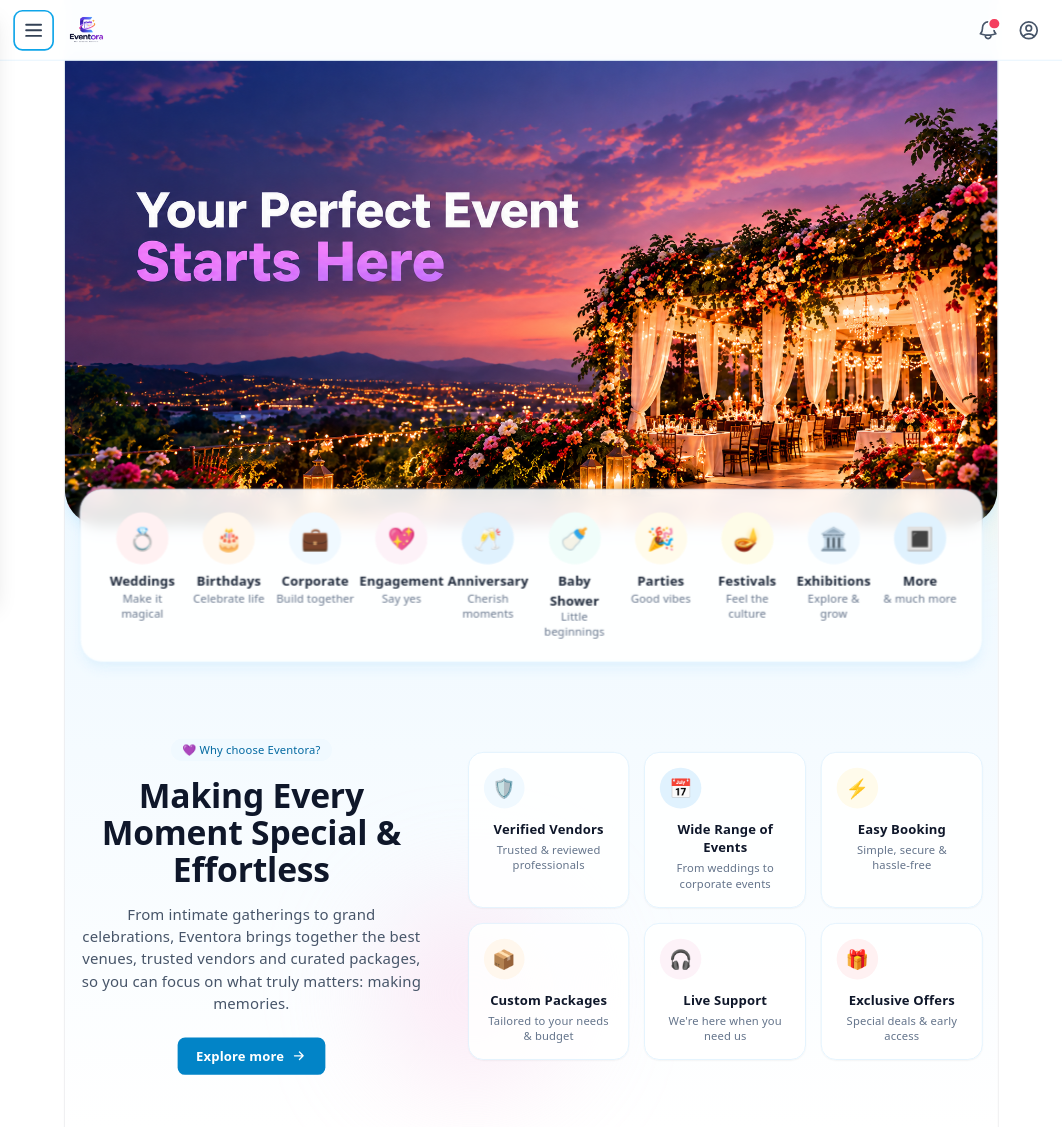
Repository: piyush-2416/Events_Handler
Page: / (app in frontend/)
These files come from the project's save history. The page is drawn as it stood at one moment and after the next save; the edit follows.
The browser window is 1280 px wide. The pictures show the whole page, at 83% of full size.
Some web libraries are served in a nearby version. The project was rebuilt for these pictures with package versions that can differ from the ones it lists, and the page was loaded fresh each time. Also part of the build but not shown: frontend/vite.config.js.

Above is the page before, as saved 2026-10-06 23:27:09.

### frontend/index.html
<!doctype html>
<html lang="en">
  <head>
    <meta charset="UTF-8" />
    <link rel="icon" type="image/svg+xml" href="/favicon.svg" />
    <meta name="viewport" content="width=device-width, initial-scale=1.0" />
    <title>Event_Handler</title>
  </head>
  <body>
    <div id="root"></div>
        <script src="https://cdn.tailwindcss.com"></script>

    <script type="module" src="/src/main.jsx"></script>
  </body>
</html>

### frontend/src/index.css
:root {
  --text: #6b6375;
  --text-h: #08060d;
  --bg: #fff;
  --border: #e5e4e7;
  --code-bg: #f4f3ec;
  --accent: #aa3bff;
  --accent-bg: rgba(170, 59, 255, 0.1);
  --accent-border: rgba(170, 59, 255, 0.5);
  --social-bg: rgba(244, 243, 236, 0.5);
  --shadow:
    rgba(0, 0, 0, 0.1) 0 10px 15px -3px, rgba(0, 0, 0, 0.05) 0 4px 6px -2px;

  --sans: system-ui, 'Segoe UI', Roboto, sans-serif;
  --heading: system-ui, 'Segoe UI', Roboto, sans-serif;
  --mono: ui-monospace, Consolas, monospace;

  font: 18px/145% var(--sans);
  letter-spacing: 0.18px;
  color-scheme: light dark;
  color: var(--text);
  background: var(--bg);
  font-synthesis: none;
  text-rendering: optimizeLegibility;
  -webkit-font-smoothing: antialiased;
  -moz-osx-font-smoothing: grayscale;

  @media (max-width: 1024px) {
    font-size: 16px;
  }
}

@media (prefers-color-scheme: dark) {
  :root {
    --text: #9ca3af;
    --text-h: #f3f4f6;
    --bg: #16171d;
    --border: #2e303a;
    --code-bg: #1f2028;
    --accent: #c084fc;
    --accent-bg: rgba(192, 132, 252, 0.15);
    --accent-border: rgba(192, 132, 252, 0.5);
    --social-bg: rgba(47, 48, 58, 0.5);
    --shadow:
      rgba(0, 0, 0, 0.4) 0 10px 15px -3px, rgba(0, 0, 0, 0.25) 0 4px 6px -2px;
  }

  #social .button-icon {
    filter: invert(1) brightness(2);
  }
}

body {
  margin: 0;
}

#root {
  width: 1126px;
  max-width: 100%;
  margin: 0 auto;
  text-align: center;
  border-inline: 1px solid var(--border);
  min-height: 100svh;
  display: flex;
  flex-direction: column;
  box-sizing: border-box;
}

h1,
h2 {
  font-family: var(--heading);
  font-weight: 500;
  color: var(--text-h);
}

h1 {
  font-size: 56px;
  letter-spacing: -1.68px;
  margin: 32px 0;
  @media (max-width: 1024px) {
    font-size: 36px;
    margin: 20px 0;
  }
}
h2 {
  font-size: 24px;
  line-height: 118%;
  letter-spacing: -0.24px;
  margin: 0 0 8px;
  @media (max-width: 1024px) {
    font-size: 20px;
  }
}
p {
  margin: 0;
}

code,
.counter {
  font-family: var(--mono);
  display: inline-flex;
  border-radius: 4px;
  color: var(--text-h);
}

code {
  font-size: 15px;
  line-height: 135%;
  padding: 4px 8px;
  background: var(--code-bg);
}

### frontend/src/App.jsx
import { useEffect, useRef, useState } from "react";

const links = [
  { label: "Home", href: "#home" },
  { label: "Products", href: "#products" },
  { label: "Services", href: "#services" },
  { label: "About", href: "#about" },
  { label: "Contact", href: "#contact" },
];

const categories = [
  { name: "Weddings", sub: "Make it magical", icon: "💍", bg: "bg-rose-50" },
  { name: "Birthdays", sub: "Celebrate life", icon: "🎂", bg: "bg-orange-50" },
  { name: "Corporate", sub: "Build together", icon: "💼", bg: "bg-sky-50" },
  { name: "Engagement", sub: "Say yes", icon: "💖", bg: "bg-pink-50" },
  { name: "Anniversary", sub: "Cherish moments", icon: "🥂", bg: "bg-sky-100" },
  { name: "Baby Shower", sub: "Little beginnings", icon: "🍼", bg: "bg-teal-50" },
  { name: "Parties", sub: "Good vibes", icon: "🎉", bg: "bg-amber-50" },
  { name: "Festivals", sub: "Feel the culture", icon: "🪔", bg: "bg-yellow-50" },
  { name: "Exhibitions", sub: "Explore & grow", icon: "🏛️", bg: "bg-sky-50" },
  { name: "More", sub: "& much more", icon: "🔳", bg: "bg-sky-100" },
];

const features = [
  { title: "Verified Vendors", text: "Trusted & reviewed professionals", icon: "🛡️", bg: "bg-sky-50" },
  { title: "Wide Range of Events", text: "From weddings to corporate events", icon: "📅", bg: "bg-sky-100" },
  { title: "Easy Booking", text: "Simple, secure & hassle-free", icon: "⚡", bg: "bg-amber-50" },
  { title: "Custom Packages", text: "Tailored to your needs & budget", icon: "📦", bg: "bg-orange-50" },
  { title: "Live Support", text: "We're here when you need us", icon: "🎧", bg: "bg-pink-50" },
  { title: "Exclusive Offers", text: "Special deals & early access", icon: "🎁", bg: "bg-rose-50" },
];

/* ---------- HERO ---------- */
function Hero() {
  return (
    <section className="relative">
      <img
        src="/Project_main_Image.png"
        alt="Your Perfect Event Starts Here"
        className="block shadow-lg shadow-sky-200/60 rounded-b-3xl sm:rounded-b-[2.5rem] w-full h-50 object-cover"
        fetchpriority="high"
      />
    </section>
  );
}

/* ---------- EVENT CATEGORIES ---------- */
function EventCategories() {
  return (
    <section className="z-10 relative -mt-5 sm:-mt-10 px-4 pb-6">
      <div className="bg-white/90 shadow-lg shadow-sky-100 backdrop-blur mx-auto p-4 sm:p-6 border border-sky-100 rounded-3xl max-w-6xl">
        {/* Mobile: side scroll | Tablet: 5 columns | Desktop: 10 columns */}
        <ul className="flex gap-4 sm:gap-x-2 sm:gap-y-6 sm:grid sm:grid-cols-5 lg:grid-cols-10 pb-2 sm:pb-0 sm:overflow-visible overflow-x-auto snap-x">
          {categories.map((c) => (
            <li key={c.name} className="snap-start shrink-0 sm:shrink">
              <a
                href={`#${c.name.toLowerCase().replace(/\s+/g, "-")}`}
                className="group flex flex-col items-center focus:outline-none w-24 sm:w-auto text-center"
              >
                <span
                  className={`flex h-14 w-14 items-center justify-center rounded-full text-2xl transition group-hover:scale-105 group-focus-visible:ring-2 group-focus-visible:ring-sky-500 ${c.bg}`}
                >
                  {c.icon}
                </span>
                <span className="mt-2 font-semibold text-slate-800 text-sm">{c.name}</span>
                <span className="text-slate-500 text-xs">{c.sub}</span>
              </a>
            </li>
          ))}
        </ul>
      </div>
    </section>
  );
}

/* ---------- WHY CHOOSE US ---------- */
function WhyChoose() {
  return (
    <section className="px-4 py-10 sm:py-14">
      <div className="items-center gap-8 lg:gap-12 grid lg:grid-cols-[2fr_3fr] mx-auto max-w-6xl">
        <div>
          <p className="inline-flex items-center gap-1.5 bg-sky-50 px-3 py-1 rounded-full font-medium text-sky-700 text-xs">
            💜 Why choose Eventora?
          </p>
          <h2 className="mt-4 font-bold text-slate-900 text-3xl sm:text-4xl leading-tight">
            Making Every Moment Special &amp; Effortless
          </h2>
          <p className="mt-4 text-slate-600 text-sm sm:text-base leading-relaxed">
            From intimate gatherings to grand celebrations, Eventora brings together the best venues,
            trusted vendors and curated packages, so you can focus on what truly matters: making memories.
          </p>
          <a
            href="#events"
            className="inline-flex items-center gap-2 bg-sky-600 hover:bg-sky-700 mt-6 px-5 py-2.5 rounded-lg focus:outline-none focus-visible:ring-2 focus-visible:ring-sky-500 focus-visible:ring-offset-2 font-semibold text-white text-sm"
          >
            Explore more
            <svg className="w-4 h-4" fill="none" stroke="currentColor" strokeWidth="2" viewBox="0 0 24 24">
              <path strokeLinecap="round" strokeLinejoin="round" d="M5 12h14m-6-6 6 6-6 6" />
            </svg>
          </a>
        </div>

        <div className="gap-3 sm:gap-4 grid grid-cols-2 sm:grid-cols-3">
          {features.map((f) => (
            <div
              key={f.title}
              className="bg-white/90 shadow-sm hover:shadow-lg hover:shadow-sky-100 p-4 border border-sky-100 rounded-2xl transition hover:-translate-y-0.5"
            >
              <span className={`flex h-11 w-11 items-center justify-center rounded-full text-xl ${f.bg}`}>
                {f.icon}
              </span>
              <h3 className="mt-3 font-semibold text-slate-900 text-sm">{f.title}</h3>
              <p className="mt-1 text-slate-500 text-xs leading-snug">{f.text}</p>
            </div>
          ))}
        </div>
      </div>
    </section>
  );
}

export default function App() {
  const [open, setOpen] = useState(false);
  const sidebarRef = useRef(null);
  const toggleBtnRef = useRef(null);

  // Open hone par focus sidebar par, close hone par wapas button par
  useEffect(() => {
    if (open) {
      sidebarRef.current?.focus();
      document.body.style.overflow = "hidden"; // peeche ka scroll band
    } else {
      document.body.style.overflow = "";
      toggleBtnRef.current?.focus();
    }
    return () => {
      document.body.style.overflow = "";
    };
  }, [open]);

  // Esc dabane par close + Tab sidebar ke andar hi ghumega (focus trap)
  useEffect(() => {
    if (!open) return;
    const onKey = (e) => {
      if (e.key === "Escape") setOpen(false);
      if (e.key === "Tab" && sidebarRef.current) {
        const items = sidebarRef.current.querySelectorAll("a, button");
        if (!items.length) return;
        const first = items[0];
        const last = items[items.length - 1];
        if (e.shiftKey && document.activeElement === first) {
          e.preventDefault();
          last.focus();
        } else if (!e.shiftKey && document.activeElement === last) {
          e.preventDefault();
          first.focus();
        }
      }
    };
    document.addEventListener("keydown", onKey);
    return () => document.removeEventListener("keydown", onKey);
  }, [open]);

  return (
    <>
      {/* NAVBAR */}
      <header className="top-0 z-30 fixed inset-x-0 bg-white/90 backdrop-blur border-sky-100 border-b">
        <nav className="flex justify-between items-center mx-auto px-4 max-w-6xl h-16">
          <div className="flex items-center gap-3">
            <button
              ref={toggleBtnRef}
              onClick={() => setOpen(true)}
              aria-label="Open menu"
              aria-expanded={open}
              aria-controls="sidebar"
              className="hover:bg-sky-100 p-2 rounded-lg focus:outline-none focus-visible:ring-2 focus-visible:ring-sky-500 text-slate-700"
            >
              <svg className="w-6 h-6" fill="none" stroke="currentColor" strokeWidth="2" viewBox="0 0 24 24">
                <path strokeLinecap="round" d="M4 6h16M4 12h16M4 18h16" />
              </svg>
            </button>
            <a href="#home" className="flex items-center">
              <img
                src="/Even_handler_Logo.png"
                alt="Eventora logo"
                className="w-auto h-12 object-contain"
              />
            </a>
          </div>

          {/* Right side: notification bell + user icon */}
          <div className="flex items-center gap-1">
            <button
              aria-label="Notifications"
              className="relative hover:bg-sky-100 p-2 rounded-full focus:outline-none focus-visible:ring-2 focus-visible:ring-sky-500 text-slate-600"
            >
              <svg className="w-6 h-6" fill="none" stroke="currentColor" strokeWidth="1.8" viewBox="0 0 24 24">
                <path
                  strokeLinecap="round"
                  strokeLinejoin="round"
                  d="M14.857 17.082a23.848 23.848 0 0 0 5.454-1.31A8.967 8.967 0 0 1 18 9.75V9A6 6 0 0 0 6 9v.75a8.967 8.967 0 0 1-2.312 6.022c1.733.64 3.56 1.085 5.455 1.31m5.714 0a24.255 24.255 0 0 1-5.714 0m5.714 0a3 3 0 1 1-5.714 0"
                />
              </svg>
              {/* Unread dot: hatana ho to is span ko delete kar dein */}
              <span className="top-2 right-2 absolute bg-rose-500 rounded-full ring-2 ring-white w-2.5 h-2.5" />
            </button>

            <button
              aria-label="User profile"
              className="hover:bg-sky-100 p-2 rounded-full focus:outline-none focus-visible:ring-2 focus-visible:ring-sky-500 text-slate-600"
            >
              <svg className="w-6 h-6" fill="none" stroke="currentColor" strokeWidth="1.8" viewBox="0 0 24 24">
                <path
                  strokeLinecap="round"
                  strokeLinejoin="round"
                  d="M17.982 18.725A7.488 7.488 0 0 0 12 15.75a7.488 7.488 0 0 0-5.982 2.975m11.963 0a9 9 0 1 0-11.963 0m11.963 0A8.966 8.966 0 0 1 12 21a8.966 8.966 0 0 1-5.982-2.275M15 9.75a3 3 0 1 1-6 0 3 3 0 0 1 6 0Z"
                />
              </svg>
            </button>
          </div>
        </nav>
      </header>

      {/* OVERLAY */}
      <div
        onClick={() => setOpen(false)}
        aria-hidden="true"
        className={`fixed inset-0 z-40 bg-slate-900/40 transition-opacity duration-300 ${
          open ? "opacity-100" : "pointer-events-none opacity-0"
        }`}
      />

      {/* SIDEBAR */}
      <aside
        id="sidebar"
        ref={sidebarRef}
        tabIndex={-1}
        role="dialog"
        aria-modal="true"
        aria-label="Sidebar menu"
        // inert: close hone par andar ke links tab se bhi focus nahi honge
        {...(!open && { inert: "" })}
        className={`fixed inset-y-0 left-0 z-50 flex w-72 max-w-[85%] flex-col bg-white shadow-xl outline-none transition-transform duration-300 ease-in-out ${
          open ? "translate-x-0" : "-translate-x-full"
        }`}
      >
        <div className="flex justify-between items-center px-4 border-slate-200 border-b h-16">
          <img
            src="/Even_handler_Logo.png"
            alt="Eventora logo"
            className="w-auto h-12 object-contain"
          />
          <button
            onClick={() => setOpen(false)}
            aria-label="Close menu"
            className="hover:bg-sky-100 p-2 rounded-lg focus:outline-none focus-visible:ring-2 focus-visible:ring-sky-500 text-slate-600"
          >
            <svg className="w-6 h-6" fill="none" stroke="currentColor" strokeWidth="2" viewBox="0 0 24 24">
              <path strokeLinecap="round" d="M6 6l12 12M18 6L6 18" />
            </svg>
          </button>
        </div>

        <ul className="flex-1 space-y-1 p-3 overflow-y-auto">
          {links.map((l) => (
            <li key={l.href}>
              <a
                href={l.href}
                onClick={() => setOpen(false)}
                className="block hover:bg-sky-50 focus:bg-sky-50 px-3 py-2.5 rounded-lg focus:outline-none font-medium text-slate-700 hover:text-sky-700 focus:text-sky-700 text-sm"
              >
                {l.label}
              </a>
            </li>
          ))}
        </ul>

        <div className="p-4 border-slate-200 border-t">
          <a
            href="#contact"
            onClick={() => setOpen(false)}
            className="block bg-sky-600 hover:bg-sky-700 py-2.5 rounded-lg font-semibold text-white text-sm text-center"
          >
            Get started
          </a>
        </div>
      </aside>

      {/* PAGE CONTENT */}
      <main className="relative bg-gradient-to-b from-sky-100 via-sky-50 to-white pt-16 min-h-screen overflow-hidden">
        {/* Soft party-style decorations (sirf design ke liye) */}
        <div aria-hidden="true" className="top-24 -left-16 absolute bg-cyan-200/50 blur-3xl rounded-full w-56 h-56 pointer-events-none" />
        <div aria-hidden="true" className="top-72 -right-16 absolute bg-amber-200/40 blur-3xl rounded-full w-64 h-64 pointer-events-none" />
        <div aria-hidden="true" className="bottom-10 left-1/3 absolute bg-pink-200/40 blur-3xl rounded-full w-52 h-52 pointer-events-none" />
        <Hero />
        <div className="relative">
          <EventCategories />
          <WhyChoose />
        </div>
      </main>
    </>
  );
}

Loaded but not shown: frontend/src/main.jsx (common file)

After the next save:
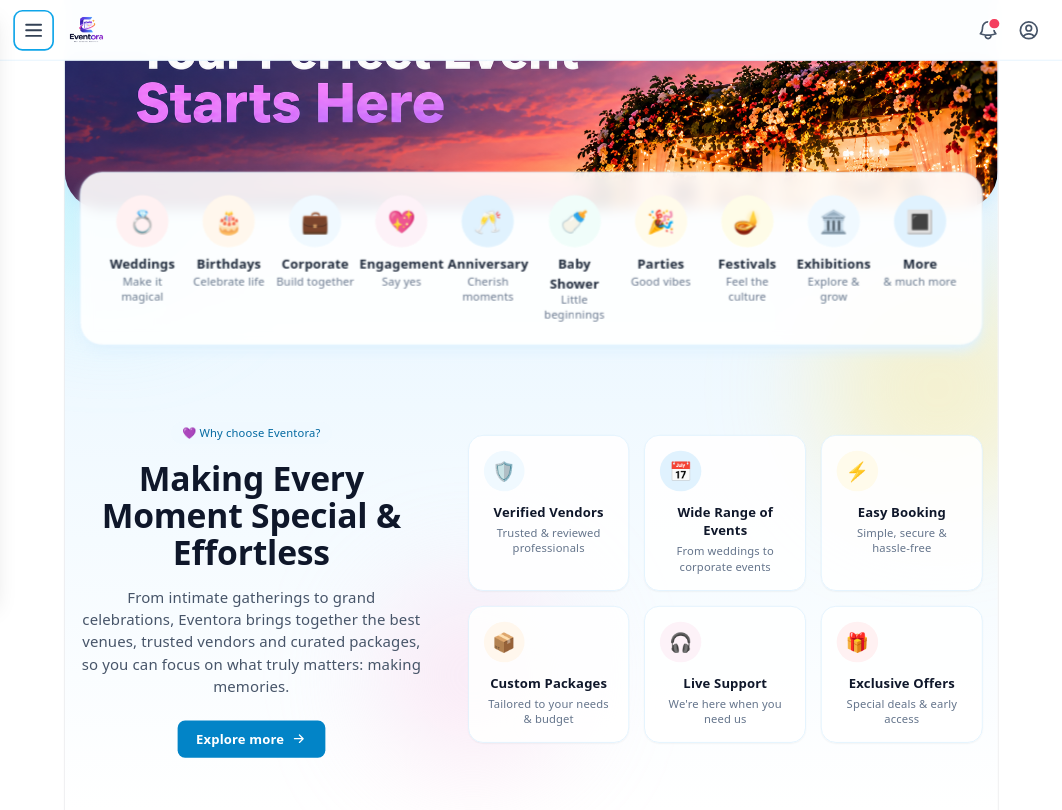
Saved 8 s later.
--- a/frontend/src/App.jsx
+++ b/frontend/src/App.jsx
@@ -37,7 +37,7 @@
       <img
         src="/Project_main_Image.png"
         alt="Your Perfect Event Starts Here"
-        className="block shadow-lg shadow-sky-200/60 rounded-b-3xl sm:rounded-b-[2.5rem] w-full h-50 object-cover"
+        className="block shadow-lg shadow-sky-200/60 rounded-b-3xl sm:rounded-b-[2.5rem] w-full h-40 object-cover"
         fetchpriority="high"
       />
     </section>

After the save that followed:
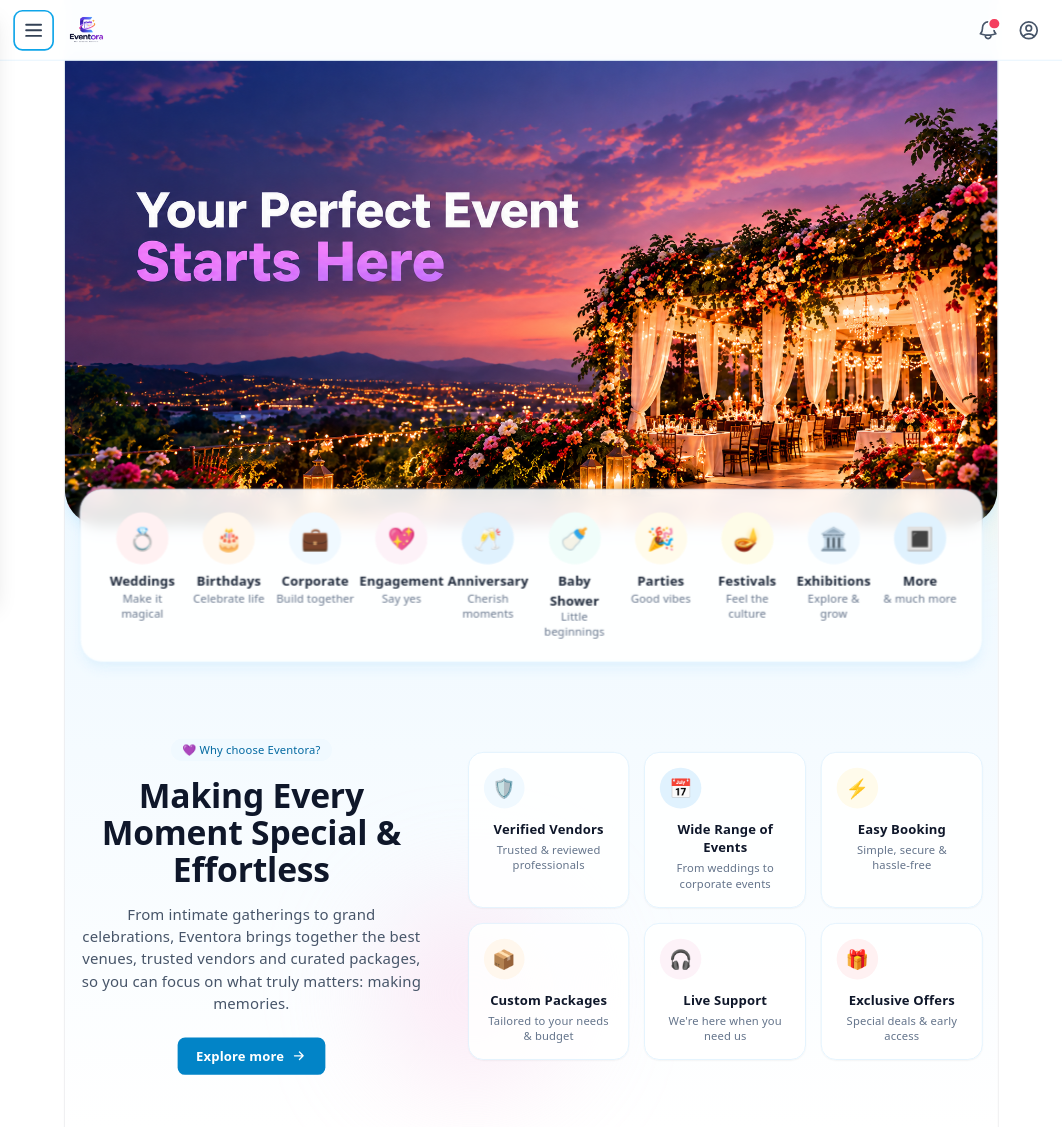
Saved 9 s later.
--- a/frontend/src/App.jsx
+++ b/frontend/src/App.jsx
@@ -37,7 +37,7 @@
       <img
         src="/Project_main_Image.png"
         alt="Your Perfect Event Starts Here"
-        className="block shadow-lg shadow-sky-200/60 rounded-b-3xl sm:rounded-b-[2.5rem] w-full h-40 object-cover"
+        className="block shadow-lg shadow-sky-200/60 rounded-b-3xl sm:rounded-b-[2.5rem] w-full h-49 object-cover"
         fetchpriority="high"
       />
     </section>
